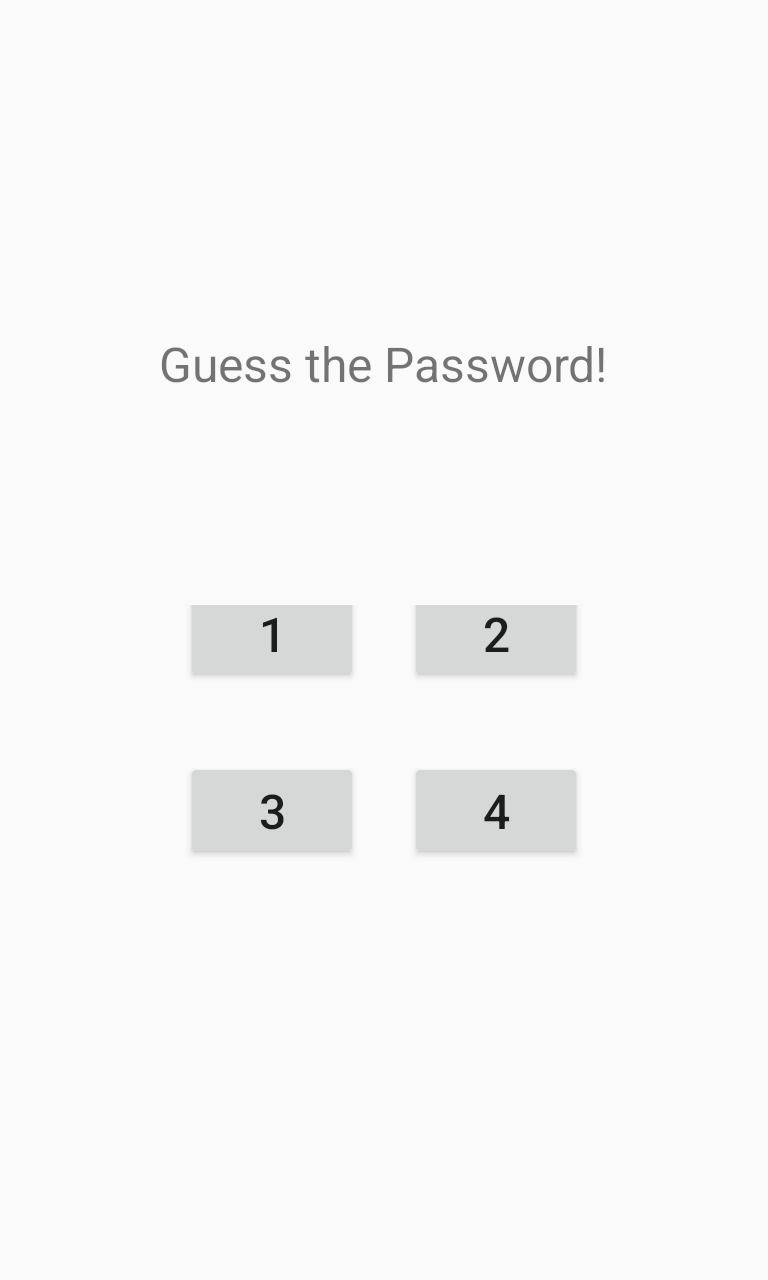
Repository: cryder3/csc303
Layout: Challenge1/res/layout/activity_topsecret.xml
The author's editor kept a copy of each file at every save. The layout is drawn from the files as they stood at one save, then again after the next save.
It is drawn on a 768 x 1280 px phone screen (xhdpi) without system bars, with theme AppTheme; the app's code is not run.

Above is the layout before, as saved 2014-09-10 15:57:49.

### Challenge1/res/layout/activity_topsecret.xml
<LinearLayout xmlns:android="http://schemas.android.com/apk/res/android"
    xmlns:tools="http://schemas.android.com/tools"
    android:id="@+id/LinearLayout1"
    android:layout_width="match_parent"
    android:layout_height="match_parent"
    android:orientation="vertical"
    android:gravity= "center"
    tools:context="${relativePackage}.${activityClass}" >

    <TextView
        android:layout_width="wrap_content"
        android:layout_height="wrap_content"
        android:padding="24dp"
        android:textSize="24dp"
        android:text="@string/title"
        />

    <TextView
        android:id="@+id/entered_text"
        android:layout_width="wrap_content"
        android:layout_height="wrap_content"
        android:textSize="24dp"
        android:padding="24dp"
        />

    <LinearLayout
        android:layout_width="match_parent"
        android:layout_height="wrap_content"
        android:gravity="center"
        >

        <Button
            android:id="@+id/button1"
            android:layout_width="wrap_content"
            android:layout_height="wrap_content"
            android:textSize="24dp"
            android:layout_marginRight="24dp"
            android:layout_marginBottom="24dp"
            android:text="@string/one" />

        <Button
            android:id="@+id/button2"
            android:layout_width="wrap_content"
            android:layout_height="wrap_content"
            android:textSize="24dp"
            android:layout_marginBottom="24dp"
            android:text="@string/two" />

    </LinearLayout>
    <LinearLayout
        android:layout_width="match_parent"
        android:layout_height="wrap_content"
        android:gravity="center"
        >

        <Button
            android:id="@+id/button3"
            android:layout_width="wrap_content"
            android:layout_height="wrap_content"
            android:textSize="24dp"
            android:layout_marginRight="24dp"
            android:text="@string/three" />

        <Button
            android:id="@+id/button4"
            android:layout_width="wrap_content"
            android:layout_height="wrap_content"
            android:textSize="24dp"
            android:text="@string/four" />

    </LinearLayout>

    <TextView
        android:id="@+id/answer"
        android:layout_width="wrap_content"
        android:layout_height="wrap_content"
        android:padding="24dp"
        />


</LinearLayout>

### Challenge1/res/values/strings.xml
<?xml version="1.0" encoding="utf-8"?>
<resources>

    <string name="app_name">Challenge1</string>
    <string name="hello_world">Hello world!</string>
    <string name="incorrect_toast">Nope!</string>
    <string name="one">1</string>
    <string name="two">2</string>
    <string name="three">3</string>
    <string name="four">4</string>
    <string name="title">Guess the Password!</string>

</resources>

Loaded but not shown: Challenge1/res/values/styles.xml (common file); Challenge1/res/values-v11/styles.xml (common file); Challenge1/res/values-v14/styles.xml (common file)

After the next save:
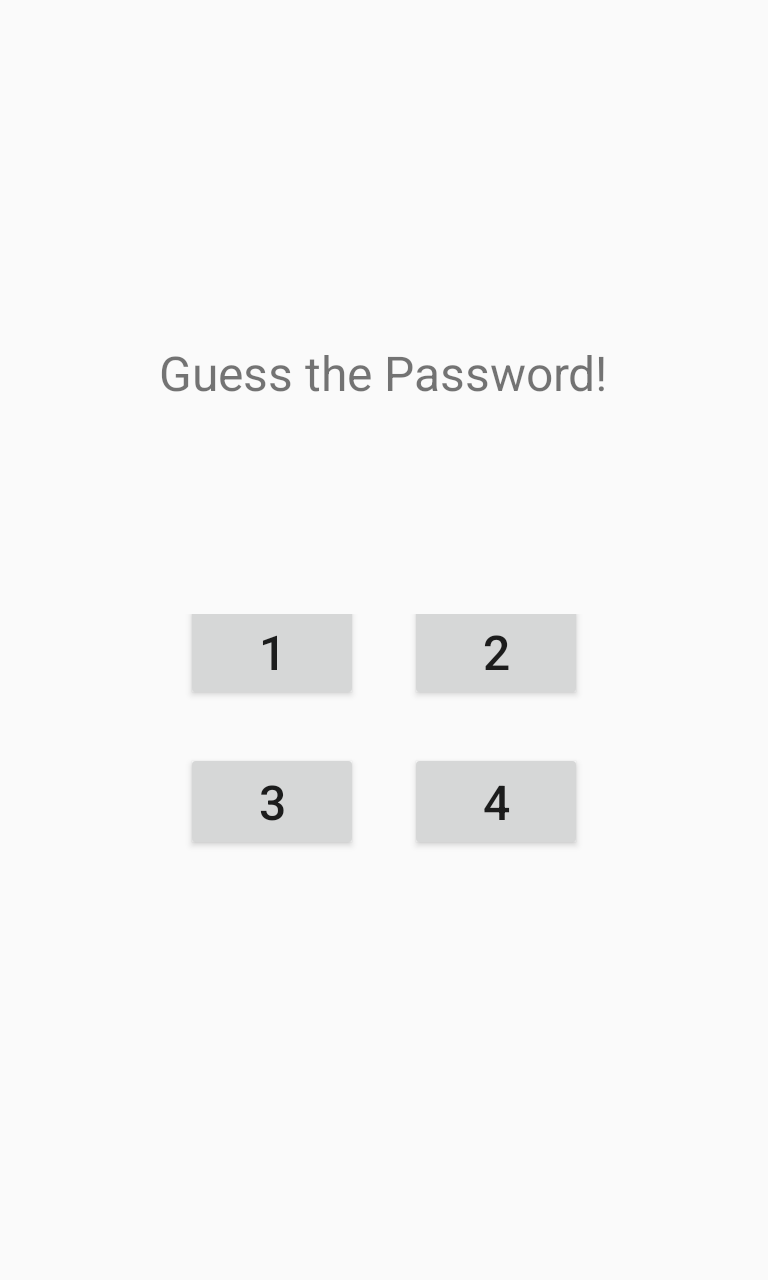
Saved 61 s later.
--- a/Challenge1/res/layout/activity_topsecret.xml
+++ b/Challenge1/res/layout/activity_topsecret.xml
@@ -35,7 +35,7 @@
             android:layout_height="wrap_content"
             android:textSize="24dp"
             android:layout_marginRight="24dp"
-            android:layout_marginBottom="24dp"
+            android:layout_marginBottom="15dp"
             android:text="@string/one" />
 
         <Button
@@ -43,31 +43,30 @@
             android:layout_width="wrap_content"
             android:layout_height="wrap_content"
             android:textSize="24dp"
-            android:layout_marginBottom="24dp"
+            android:layout_marginBottom="15dp"
             android:text="@string/two" />
 
     </LinearLayout>
+
     <LinearLayout
         android:layout_width="match_parent"
         android:layout_height="wrap_content"
-        android:gravity="center"
-        >
+        android:gravity="center" >
 
         <Button
             android:id="@+id/button3"
             android:layout_width="wrap_content"
             android:layout_height="wrap_content"
-            android:textSize="24dp"
             android:layout_marginRight="24dp"
-            android:text="@string/three" />
+            android:text="@string/three"
+            android:textSize="24dp" />
 
         <Button
             android:id="@+id/button4"
             android:layout_width="wrap_content"
             android:layout_height="wrap_content"
-            android:textSize="24dp"
-            android:text="@string/four" />
-
+            android:text="@string/four"
+            android:textSize="24dp" />
     </LinearLayout>
 
     <TextView
